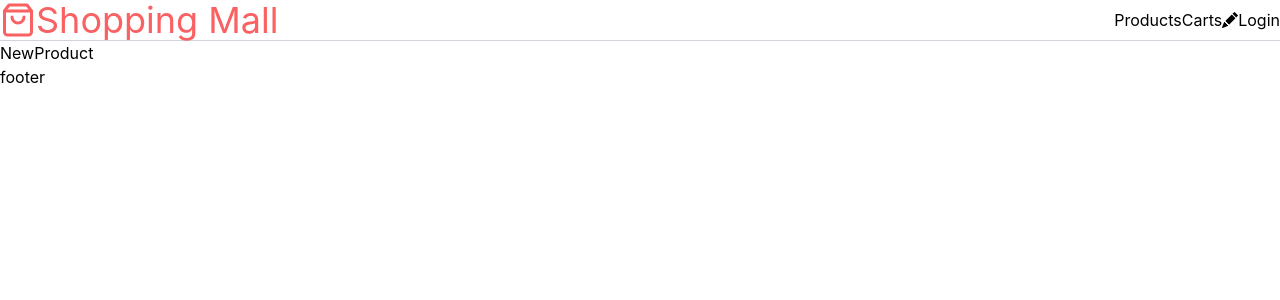
Repository: dnjfht/shopping_mall
Page: /products/new
The author's editor kept a copy of each file at every save. The page is drawn from the files as they stood at one save, then again after the next save.
The browser window is 1280 px wide. The pictures show the whole page.
The project was rebuilt for these pictures with package versions that can differ from the ones it lists, and the page was loaded fresh each time. Also part of the build but not shown: src/App.css, src/pages/Home.jsx, src/pages/AllProducts.jsx, src/pages/ProductDetail.jsx, src/pages/NotFound.jsx, src/pages/MyCart.jsx.

Above is the page before, as saved 2023-03-05 20:53:38.

### public/index.html
<!DOCTYPE html>
<html lang="en">
  <head>
    <meta charset="utf-8" />
    <link rel="icon" href="%PUBLIC_URL%/favicon.ico" />
    <meta name="viewport" content="width=device-width, initial-scale=1" />
    <meta name="theme-color" content="#000000" />
    <meta
      name="description"
      content="Web site created using create-react-app"
    />
    <link rel="apple-touch-icon" href="%PUBLIC_URL%/logo192.png" />
    <!--
      manifest.json provides metadata used when your web app is installed on a
      user's mobile device or desktop. See https://developers.google.com/web/fundamentals/web-app-manifest/
    -->
    <link rel="manifest" href="%PUBLIC_URL%/manifest.json" />
    <!--
      Notice the use of %PUBLIC_URL% in the tags above.
      It will be replaced with the URL of the `public` folder during the build.
      Only files inside the `public` folder can be referenced from the HTML.

      Unlike "/favicon.ico" or "favicon.ico", "%PUBLIC_URL%/favicon.ico" will
      work correctly both with client-side routing and a non-root public URL.
      Learn how to configure a non-root public URL by running `npm run build`.
    -->
    <title>Shopping Mall</title>
  </head>
  <body>
    <noscript>You need to enable JavaScript to run this app.</noscript>
    <div id="root"></div>
    <!--
      This HTML file is a template.
      If you open it directly in the browser, you will see an empty page.

      You can add webfonts, meta tags, or analytics to this file.
      The build step will place the bundled scripts into the <body> tag.

      To begin the development, run `npm start` or `yarn start`.
      To create a production bundle, use `npm run build` or `yarn build`.
    -->
  </body>
</html>

### src/index.js
import React from "react";
import ReactDOM from "react-dom/client";
import "./index.css";
import App from "./App";
import reportWebVitals from "./reportWebVitals";

import { createBrowserRouter, RouterProvider } from "react-router-dom";
import Home from "./pages/Home";
import AllProducts from "./pages/AllProducts";
import NewProduct from "./pages/NewProduct";
import ProductDetail from "./pages/ProductDetail";
import NotFound from "./pages/NotFound";
import MyCart from "./pages/MyCart";

const router = createBrowserRouter([
  {
    path: "/",
    element: <App />,
    errorElement: <NotFound />,
    children: [
      { index: true, path: "/", element: <Home /> },
      { path: "/products", element: <AllProducts /> },
      {
        path: "/products/new",
        element: <NewProduct />,
      },
      {
        path: "/products/:id",
        element: <ProductDetail />,
      },
      {
        path: "/carts",
        element: <MyCart />,
      },
    ],
  },
]);

const root = ReactDOM.createRoot(document.getElementById("root"));
root.render(
  <React.StrictMode>
    <RouterProvider router={router} />
  </React.StrictMode>
);

// If you want to start measuring performance in your app, pass a function
// to log results (for example: reportWebVitals(console.log))
// or send to an analytics endpoint. Learn more: https://bit.ly/CRA-vitals
reportWebVitals();

### src/index.css
@tailwind base;
@tailwind components;
@tailwind utilities;

body {
  margin: 0;
  font-family: -apple-system, BlinkMacSystemFont, "Segoe UI", "Roboto", "Oxygen",
    "Ubuntu", "Cantarell", "Fira Sans", "Droid Sans", "Helvetica Neue",
    sans-serif;
  -webkit-font-smoothing: antialiased;
  -moz-osx-font-smoothing: grayscale;
  @apply flex flex-col items-center;
}

#root {
  @apply w-full max-w-screen-2xl;
}

code {
  font-family: source-code-pro, Menlo, Monaco, Consolas, "Courier New",
    monospace;
}

### src/App.js
import "./App.css";
import Header from "./components/Header";
import Footer from "./components/Footer";
import { Outlet } from "react-router-dom";

function App() {
  return (
    <div>
      <Header />
      <Outlet />
      <Footer />
    </div>
  );
}

export default App;

### src/pages/NewProduct.jsx
import React from "react";

export default function NewProduct() {
  return <div>NewProduct</div>;
}

### src/components/Header.jsx
import React from "react";
import { Link } from "react-router-dom";
import { FiShoppingBag } from "react-icons/fi";
import { BsFillPencilFill } from "react-icons/bs";

export default function Header() {
  return (
    <header className="flex justify-between border-b border-gray-300">
      <Link to="/" className="flex items-center text-4xl text-brand">
        <FiShoppingBag />
        <h1>Shopping Mall</h1>
      </Link>
      <nav className="flex items-center grap-4">
        <Link to="/products">Products</Link>
        <Link to="/carts">Carts</Link>
        <Link to="/products/new">
          <BsFillPencilFill />
        </Link>
        <button>Login</button>
      </nav>
    </header>
  );
}

### src/components/Footer.jsx
import React from "react";

export default function Footer() {
  return <div>footer</div>;
}

### tailwind.config.js
/** @type {import('tailwindcss').Config} */
module.exports = {
  content: ["./src/**/*.{js,jsx}"],
  theme: {
    extend: {
      colors: {
        brand: "#F96162",
      },
    },
  },
  plugins: [],
};

Loaded but not shown: src/reportWebVitals.js (common file)

After the next save:
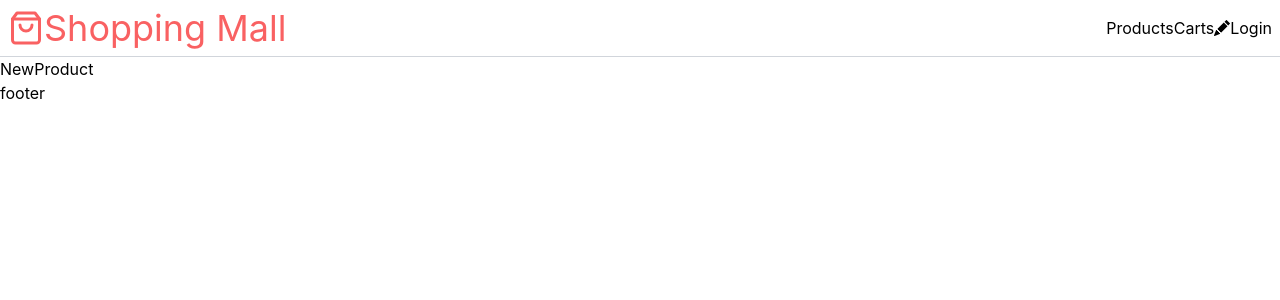
Saved 2 min 34 s later.
--- a/src/components/Header.jsx
+++ b/src/components/Header.jsx
@@ -5,7 +5,7 @@ import { BsFillPencilFill } from "react-icons/bs";
 
 export default function Header() {
   return (
-    <header className="flex justify-between border-b border-gray-300">
+    <header className="flex justify-between border-b border-gray-300 p-2">
       <Link to="/" className="flex items-center text-4xl text-brand">
         <FiShoppingBag />
         <h1>Shopping Mall</h1>
